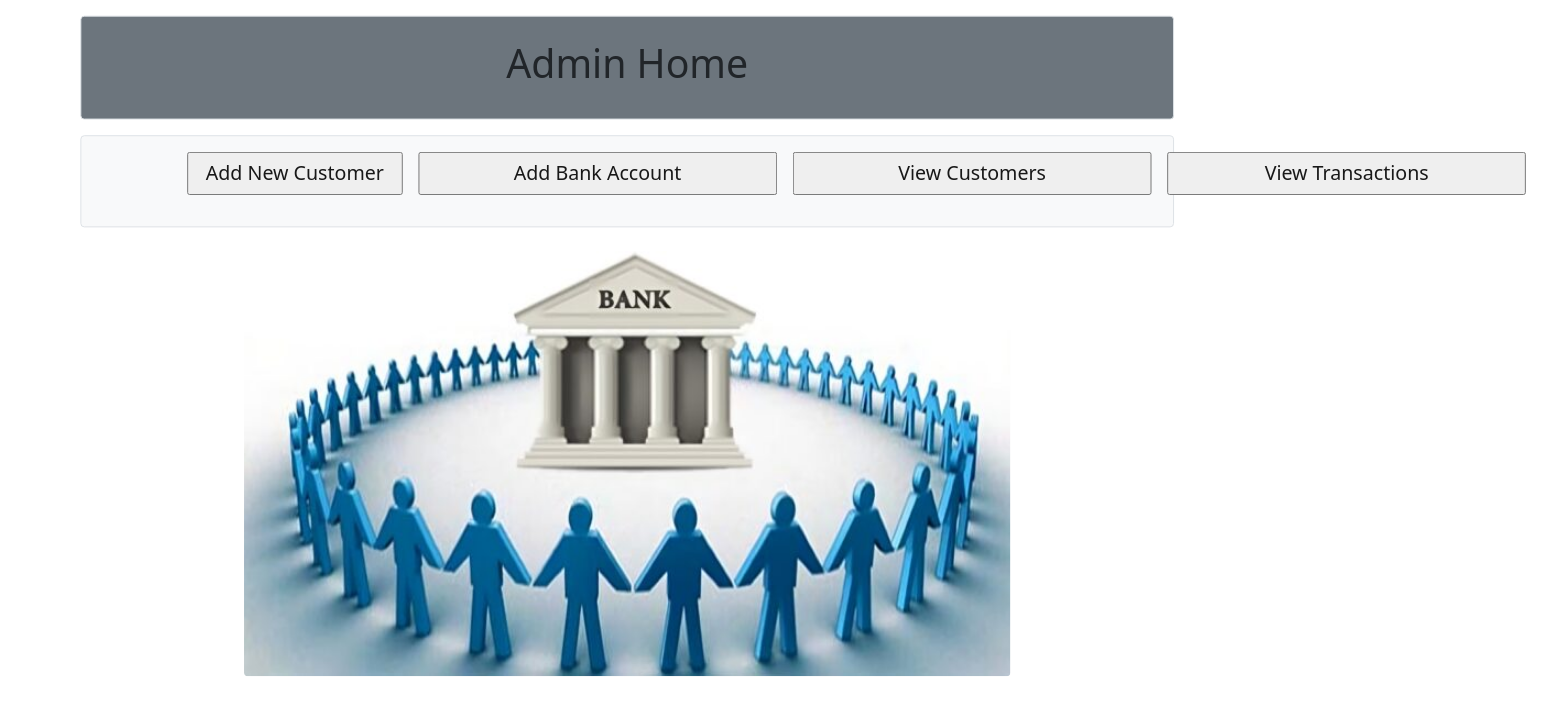
Repository: shivamaninalla/Bank-Application-JSP
Page: http://localhost/10-BankApplication/admin-home.jsp
An editor plug-in stored every save of this project. The page is shown before and after the next save, followed by the edit.
The browser window is 1280 px wide. The page is 1557 px wide, then 1600 px, so the pictures cover 1600 px, including what lies to the right of the window. The pictures show the whole page, at 98% of full size.
The page is served by Tomcat 9. Other server files are loaded and not shown.

Above is the page before, as saved 2024-07-21 06:29:05.

### 10-BankApplication/WebContent/admin-home.jsp
<%@ page language="java" contentType="text/html; charset=ISO-8859-1"
    pageEncoding="ISO-8859-1"%>
<%@ taglib uri="http://java.sun.com/jsp/jstl/core" prefix="c"%>
<%@ taglib uri="http://java.sun.com/jsp/jstl/functions" prefix="fn"%>
<link href="https://cdn.jsdelivr.net/npm/bootstrap@5.0.2/dist/css/bootstrap.min.css" rel="stylesheet"
	integrity="sha384-EVSTQN3/azprG1Anm3QDgpJLIm9Nao0Yz1ztcQTwFspd3yD65VohhpuuCOmLASjC" crossorigin="anonymous">
<script src="https://cdn.jsdelivr.net/npm/bootstrap@5.0.2/dist/js/bootstrap.bundle.min.js"
	integrity="sha384-MrcW6ZMFYlzcLA8Nl+NtUVF0sA7MsXsP1UyJoMp4YLEuNSfAP+JcXn/tWtIaxVXM" crossorigin="anonymous"></script>
<!DOCTYPE html>
<html>
<head>
<meta charset="ISO-8859-1">
<title>Insert title here</title>
</head>
<body>
	<div class="container mt-3">

		<nav class="navbar bg-secondary border rounded p-4">
			<div
				class="container-fluid d-flex justify-content-center align-items-center">
				<h1>Admin Home</h1>
			</div>
		</nav>


		<nav
			class="navbar navbar-expand-lg navbar-light bg-light mt-3 px-5 border rounded">
			<form action="admin" method="get">
				<nav class="navbar navbar-expand-lg bg-body-tertiary px-5">
					<div class="container-fluid">
						<input type="submit" name="admin-function"
							value="Add New Customer" class="navbar-brand nav-link col-3" />
						<input type="submit" name="admin-function"
							value="Add Bank Account" class="navbar-brand nav-link col-5" />
						<input type="submit" name="admin-function" value="View Customers"
							class="navbar-brand nav-link col-5" /> <input type="submit"
							name="admin-function" value="View Transactions"
							class="navbar-brand nav-link col-5" />
					</div>
				</nav>
			</form>
		</nav>

		<div class="text-center mt-4">
			<img src="./includes/bank.jpeg" class="rounded img-fluid"
				alt="Bank-image" width="70%" />
		</div>

	</div>



</body>
</html>

After the next save:
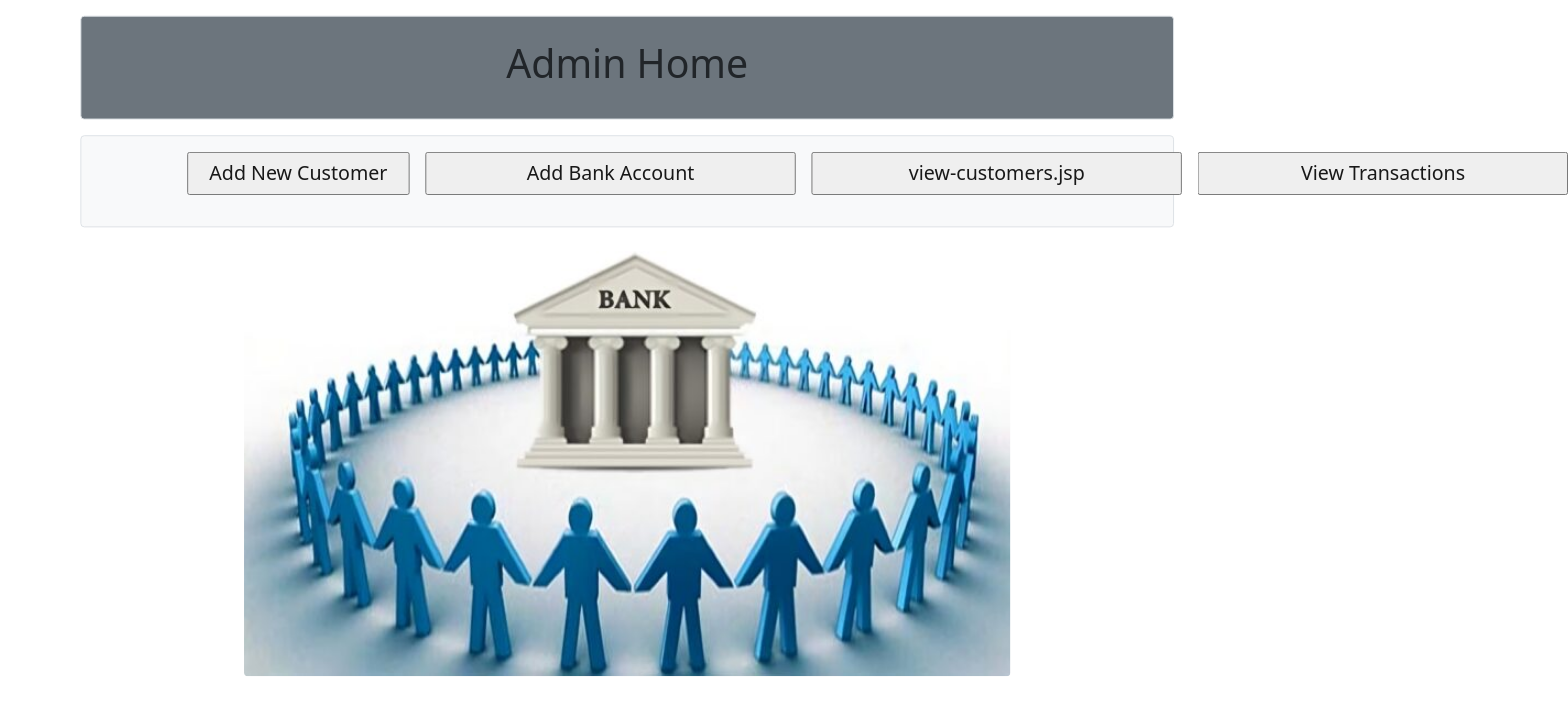
Saved 3 min 52 s later.
--- a/10-BankApplication/WebContent/admin-home.jsp
+++ b/10-BankApplication/WebContent/admin-home.jsp
@@ -32,7 +32,7 @@
 							value="Add New Customer" class="navbar-brand nav-link col-3" />
 						<input type="submit" name="admin-function"
 							value="Add Bank Account" class="navbar-brand nav-link col-5" />
-						<input type="submit" name="admin-function" value="View Customers"
+						<input type="submit" name="admin-function" value="view-customers.jsp"
 							class="navbar-brand nav-link col-5" /> <input type="submit"
 							name="admin-function" value="View Transactions"
 							class="navbar-brand nav-link col-5" />
